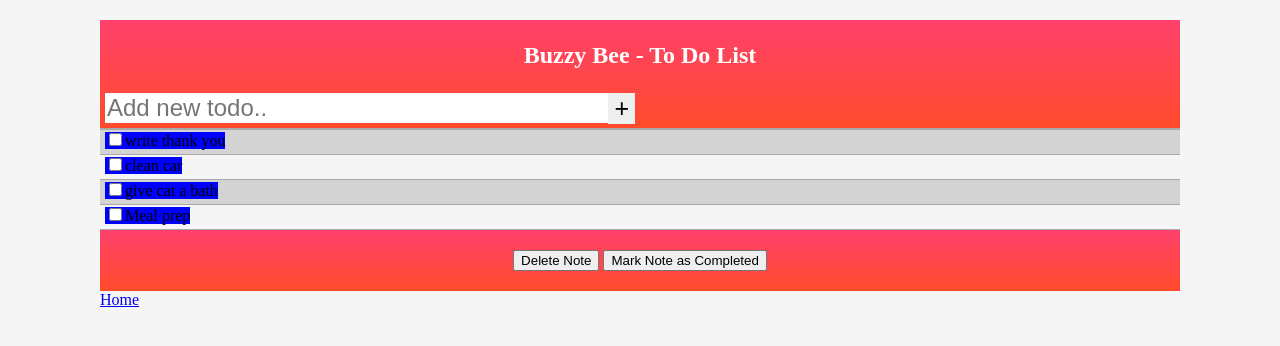
Repository: seleniadelgado/backend-spring2020-angie
Page: projects/todo/public_html/index.html
An editor plug-in stored every save of this project. The page is shown before and after the next save, followed by the edit.
The browser window is 1280 px wide. The pictures show the whole page.
The page's requests for data from a server got no answer.

Above is the page before, as saved 2020-05-13 15:55:25.

### projects/todo/public_html/index.html
<!DOCTYPE html>

<html lang="en">
    <head>
        <meta charset="utf-8">
        <title>Buzzy Bee - To Do List</title>
        <meta name="description" content="The HTML5 Herald">
        <meta name="author" content="SitePoint">
        <link rel="stylesheet" href="styles.css">
        <script
            src="https://code.jquery.com/jquery-3.5.0.min.js"
            integrity="sha256-xNzN2a4ltkB44Mc/Jz3pT4iU1cmeR0FkXs4pru/JxaQ="
            crossorigin="anonymous">
        </script>
</head>
<body>
    <main>
    <div class="sectionTitle">
        <div class="appTitle">
            <h2>Buzzy Bee - To Do List</h2>
        </div>
        <div id="addNote">
            <input type="text" id="newNote" placeholder="Add new todo..">
            <button id="addBtn" type="button">+</button>
        </div>
    </div>

    <ul id="myList">
        <li><label class="container"><input type="checkbox"><span class="checkmark">write thank you</span></label></li>
        <li><label class="container"><input type="checkbox"><span class="checkmark">clean car</span></label></li>
        <li><label class="container"><input type="checkbox"><span class="checkmark">give cat a bath</span></label></li>
        <li><label class="container"><input type="checkbox"><span class="checkmark">Meal prep</span></label></li>
    </ul>
    <div class="buttonsArea">
        <button type="button">Delete Note</button>
        <button type="button">Mark Note as Completed</button>
    </div>

</main>




















    <a href="http://localhost:3000/">Home</a>



    <script>
        $(document).ready(() => {
            let objectToSend = {
                note: "Do somethings",
                author: "Nick"
            }

            $.post("http://localhost:3000/newNote", objectToSend, (dataToGet) => {
                console.log(dataToGet);
            });
            $.post("http://localhost:3000/readNotes", {}, (dataToGet) => {
                let allNotesArray = dataToGet.notes;

                console.log(allNotesArray);
            })
        })

        //import the data from default user
        // make JSON into JS with parse.
        //with the list we want to populate our ul.
        //use jquery to access the dom, grab the string
        //loop over notes
        //add the note as an li to the ul
        //  Create li with jquery.
        //  target the ul with jquery and append the li.
        //note: $('<li></li>'')
        //      $('ul') -> a jquery list which holds the ul.
        //      get 1st element from the array

    </script>
</body>
</html>

### projects/todo/public_html/styles.css
:root {
    --main-color: linear-gradient(#FF416C, #FF4B2B);
    --background-color: whitesmoke;
}

html {
    background: var(--background-color);
    height: 100%;
}
* {
    box-sizing: border-box;
}
body {
    margin: 0px 100px 75px 100px;
}

.sectionTitle {
    background: var(--main-color);
    text-align: center;
    border-bottom: 2px solid darkgray;
    margin-top: 0%;
}

.appTitle h2 {
    color: white;
    padding-top: 2%;
}
#addNote {
    display: flex;
    align-items: flex-start;
    padding: 5px;
    height: 30px;
    width: 50%;
    margin-bottom: 10px;
    font-family: 'Gill Sans', 'Gill Sans MT', Calibri, 'Trebuchet MS', sans-serif;
}
#addBtn {
    margin-left: 0%;
    font-size: 25px;
    color: none;
    border: none;
    background: light-grey;
}
#newNote {
    border: none;
    width: 100%;
    height: 150%;
    font-size: 24px;
}

#myList li:nth-child(odd) {
    background: lightgray;
  }
#myList {
    list-style: none;
    padding: 0px;
    margin-top: 0px;
    margin-bottom: 0px;
}

#myList li {
    cursor: pointer;
    height: 25px;
    border-bottom: 1px solid darkgray;
    background-color: whitesmoke;
    padding-left: 5px;
}
.container {
    background: blue;
}
.buttonsArea {
    background: var(--main-color);
    text-align: center;
    padding: 20px;
}

After the next save:
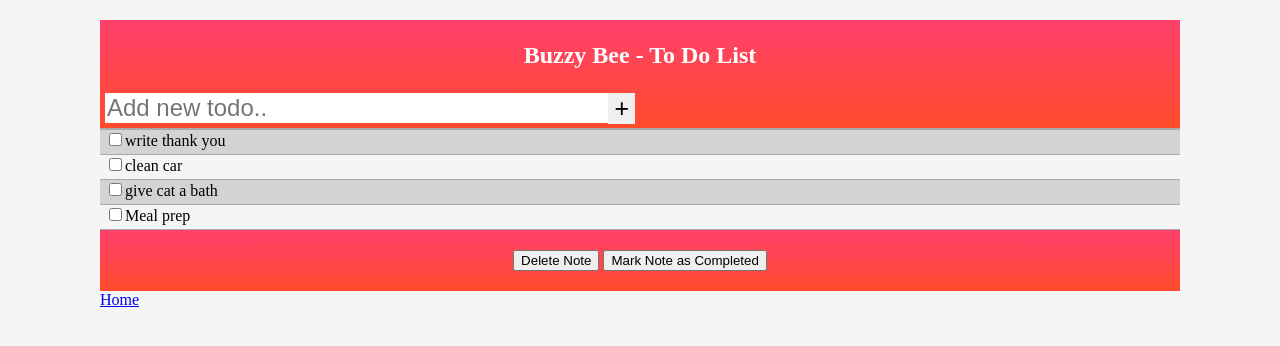
Saved 10 s later.
--- a/projects/todo/public_html/styles.css
+++ b/projects/todo/public_html/styles.css
@@ -66,7 +66,7 @@ body {
     padding-left: 5px;
 }
 .container {
-    background: blue;
+
 }
 .buttonsArea {
     background: var(--main-color);
